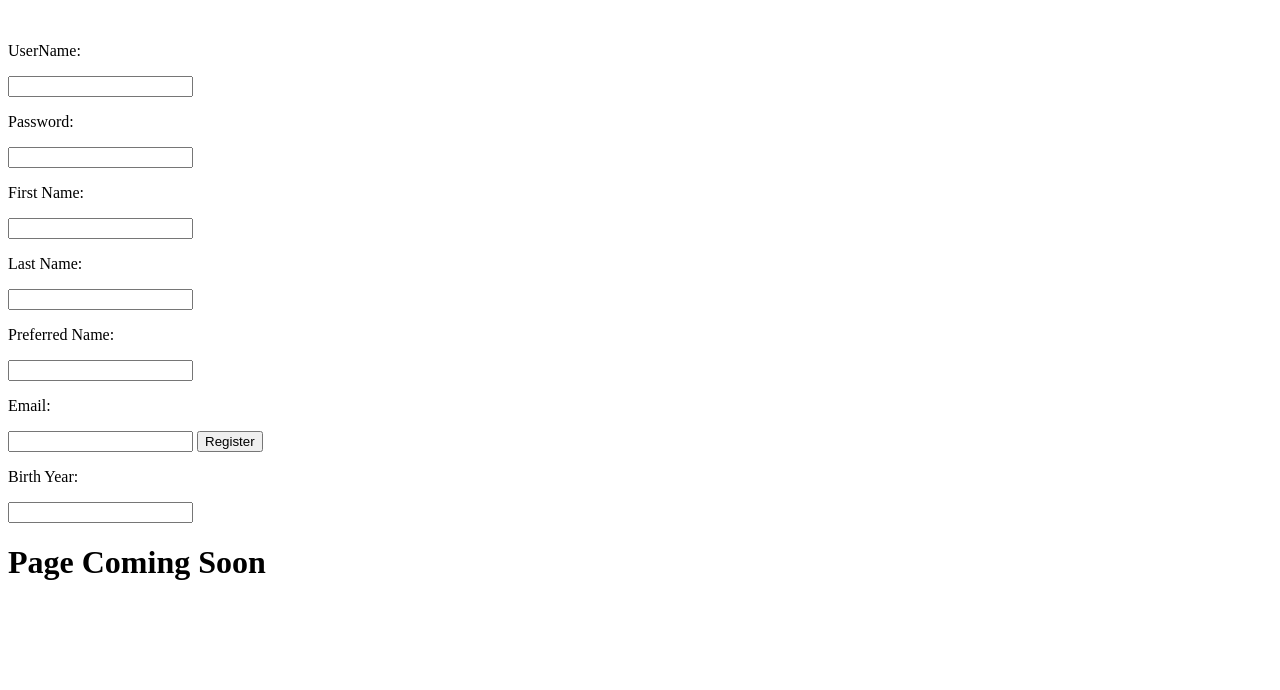
Repository: Hamzamshoaib/us2
Page: http://localhost/te_assignment_2/register.jsp
An editor plug-in stored every save of this project. The page is shown before and after the next save, followed by the edit.
The browser window is 1280 px wide. The pictures show the whole page.
The page is served by Tomcat 9. Queries for data that is not in the repository find no rows.

Above is the page before, as saved 2015-05-09 12:17:41.

After the next save:
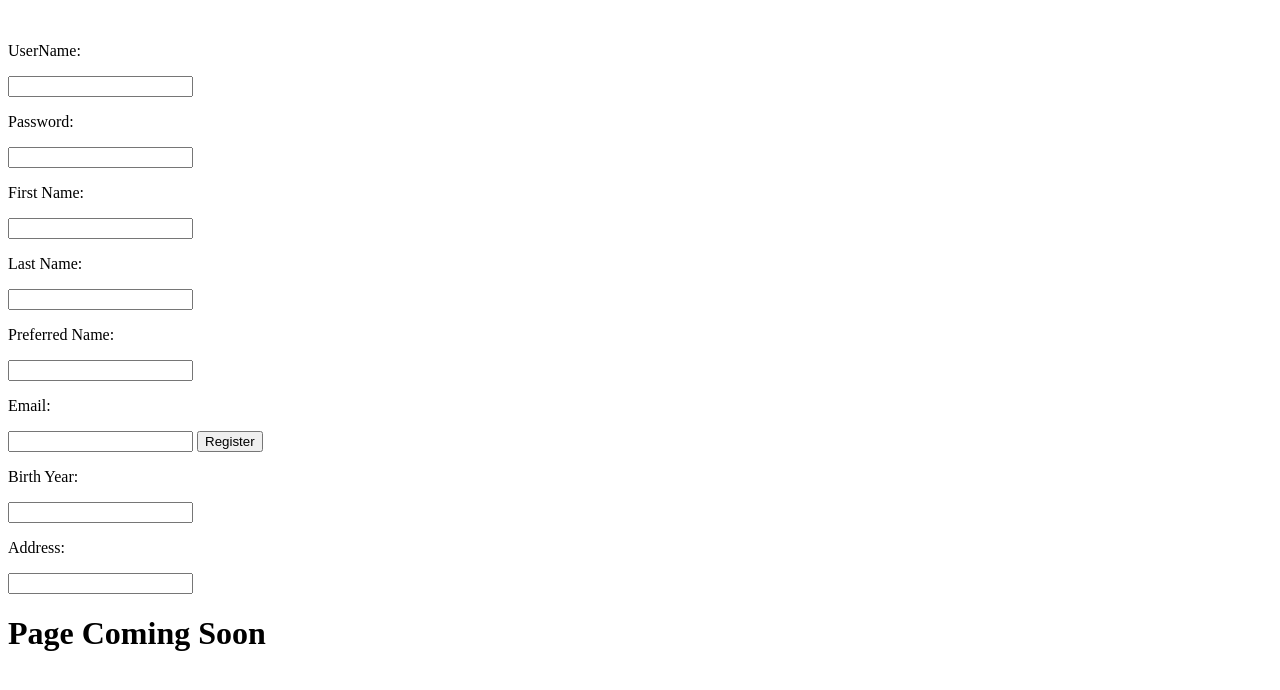
Saved 19 s later.
--- a/te_assignment_2/WebContent/register.jsp
+++ b/te_assignment_2/WebContent/register.jsp
@@ -30,6 +30,9 @@
 <br>
 <p>Birth Year: </p>
 <INPUT type="text" name="birthyear">
+<br>
+<p>Address: </p>
+<INPUT type="text" name="address">
 </FORM>
 <h1>Page Coming Soon</h1>
 </body>
